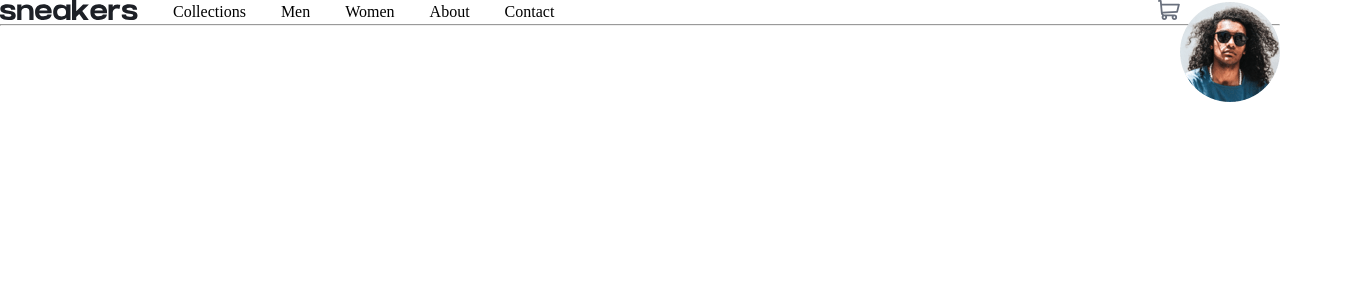
Repository: DevLaukey/ecommerce-design
Page: index.html
The author's editor kept a copy of each file at every save. The page is drawn from the files as they stood at one save, then again after the next save.
The browser window is 1280 px wide. The page is 1280 px wide, then 1360 px, so the pictures cover 1360 px, including what lies to the right of the window. The pictures show the whole page.

Above is the page before, as saved 2022-05-15 16:51:08.

### index.html
<!DOCTYPE html>
<html lang="en">
  <head>
    <meta charset="UTF-8" />
    <meta http-equiv="X-UA-Compatible" content="IE=edge" />
    <meta name="viewport" content="width=device-width, initial-scale=1.0" />
    <title>Document</title>
    <link rel="stylesheet" href="./css/style.css" type="text/css" />
  </head>
  <body>
    <div class="nav">
      <div class="logo">
        <svg width="138" height="20" xmlns="http://www.w3.org/2000/svg">
          <path
            d="M8.217 20c4.761 0 7.519-.753 7.519-4.606 0-3.4-3.38-4.172-6.66-4.682l-.56-.085-.279-.041-.35-.053c-2.7-.405-3.18-.788-3.18-1.471 0-.478.49-1.331 2.843-1.331 2.455 0 3.493.647 3.493 1.87v.134h4.281v-.133c0-2.389-1.35-5.238-7.774-5.238-5.952 0-7.201 2.584-7.201 4.752 0 3.097 2.763 4.086 7.223 4.675.21.028.433.054.659.081 1.669.197 3.172.42 3.172 1.585 0 1.01-1.615 1.222-3.298 1.222-2.797 0-3.784-.593-3.784-1.92v-.134H.002L0 14.926v.317c.008.79.118 1.913 1.057 2.862C2.303 19.362 4.712 20 8.217 20Zm13.21 0v-7.49c0-2.104.547-4.423 4.176-4.423 3.915 0 3.778 2.777 3.768 4.042V20h4.18v-7.768c0-2.264-.176-7.766-6.732-7.766-2.778 0-4.192.911-5.195 2.28h-.197V4.467H17.22V20h4.207Zm21.959 0c5.094 0 7.787-2.07 8.217-5.405H47.53c-.386 1.02-1.63 1.72-4.143 1.72-2.721 0-3.962-1.03-4.25-3.106h12.527c.24-2.13-.029-5.417-3.026-7.44v.005c-1.312-.915-3.056-1.465-5.251-1.465-5.24 0-8.336 2.772-8.336 7.845 0 5.17 3.02 7.846 8.336 7.846Zm4.099-9.574h-8.188c.486-1.574 1.764-2.431 4.089-2.431 2.994 0 3.755 1.267 4.099 2.431ZM70.499 20V4.457H66.29V6.74h-.176c-1.053-1.377-2.809-2.283-5.677-2.283-6.433 0-7.225 5.293-7.253 7.635v.137c0 2.092.732 7.771 7.241 7.771 2.914 0 4.684-.818 5.734-2.169h.131V20H70.5Zm-8.854-3.623c-3.996 0-4.447-3.032-4.447-4.148 0-1.21.426-4.148 4.455-4.148 3.631 0 4.374 2.044 4.374 4.148 0 2.35-.742 4.148-4.382 4.148ZM88.826 20l-6.529-9.045 6.588-6.488h-5.827l-6.836 6.756V0h-4.187v19.954h4.187V16.94l3.02-2.976L83.6 20h5.226Zm9.9 0c5.094 0 7.786-2.07 8.217-5.405h-4.074c-.387 1.02-1.63 1.72-4.143 1.72-2.721 0-3.962-1.03-4.25-3.106h12.527c.24-2.13-.029-5.417-3.026-7.44v.005c-1.312-.915-3.057-1.465-5.251-1.465-5.24 0-8.336 2.772-8.336 7.845 0 5.17 3.02 7.846 8.336 7.846Zm4.098-9.574h-8.187c.485-1.574 1.763-2.431 4.089-2.431 2.994 0 3.755 1.267 4.098 2.431ZM112.76 20v-6.97c0-2.103.931-4.542 4.05-4.542 1.33 0 2.393.236 2.785.346l.67-3.976c-.728-.16-1.626-.392-2.757-.392-2.665 0-3.622.794-4.486 2.282h-.262V4.466h-4.21V20h4.21Zm17.221 0c4.761 0 7.519-.753 7.519-4.606 0-3.4-3.38-4.172-6.66-4.682l-.56-.085-.279-.041-.349-.053c-2.701-.405-3.181-.788-3.181-1.471 0-.478.49-1.331 2.843-1.331 2.455 0 3.493.647 3.493 1.87v.134h4.282v-.133c0-2.389-1.35-5.238-7.775-5.238-5.952 0-7.201 2.584-7.201 4.752 0 3.097 2.763 4.086 7.224 4.675.21.028.432.054.658.081 1.669.197 3.172.42 3.172 1.585 0 1.01-1.615 1.222-3.298 1.222-2.796 0-3.784-.593-3.784-1.92v-.134h-4.319l-.001.301v.317c.008.79.117 1.913 1.056 2.862 1.246 1.257 3.655 1.895 7.16 1.895Z"
            fill="#1D2026"
            fill-rule="nonzero"
          />
        </svg>
      </div>
      <nav>
        <div class="nav-menu">
          <p class="options">Collections</p>
          <p class="options">Men</p>
          <p class="options">Women</p>
          <p class="options">About</p>
          <p class="options">Contact</p>
        </div>
        <div class="nav-icons">
          <div class="icon">
            <svg width="22" height="20" xmlns="http://www.w3.org/2000/svg">
              <path
                d="M20.925 3.641H3.863L3.61.816A.896.896 0 0 0 2.717 0H.897a.896.896 0 1 0 0 1.792h1l1.031 11.483c.073.828.52 1.726 1.291 2.336C2.83 17.385 4.099 20 6.359 20c1.875 0 3.197-1.87 2.554-3.642h4.905c-.642 1.77.677 3.642 2.555 3.642a2.72 2.72 0 0 0 2.717-2.717 2.72 2.72 0 0 0-2.717-2.717H6.365c-.681 0-1.274-.41-1.53-1.009l14.321-.842a.896.896 0 0 0 .817-.677l1.821-7.283a.897.897 0 0 0-.87-1.114ZM6.358 18.208a.926.926 0 0 1 0-1.85.926.926 0 0 1 0 1.85Zm10.015 0a.926.926 0 0 1 0-1.85.926.926 0 0 1 0 1.85Zm2.021-7.243-13.8.81-.57-6.341h15.753l-1.383 5.53Z"
                fill="#69707D"
                fill-rule="nonzero"
              />
            </svg>
          </div>
          <div class="avatar">
            <img src="./assets/image-avatar.png" alt="" />
          </div>
        </div>
      </nav>
    </div>
    <hr />
  </body>
</html>

### css/style.css
* {
  margin: 0;
  padding: 0;
  box-sizing: border-box;
}
.nav {
  display: flex;
  /* width: 100%; */
  align-items: center;
  /* margin:auto; */
}
nav{
    width: 100%;
    display: flex;
    align-items: center;
    justify-content:space-between;
}
.nav-menu {
  display: flex;
  margin-left: 35px;
  flex-direction: row;
}
.options{
    margin-right: 35px;
}
.nav-icons{
    display: flex;
    align-items: center;
}
.avatar{
    height: 20px;
}

After the next save:
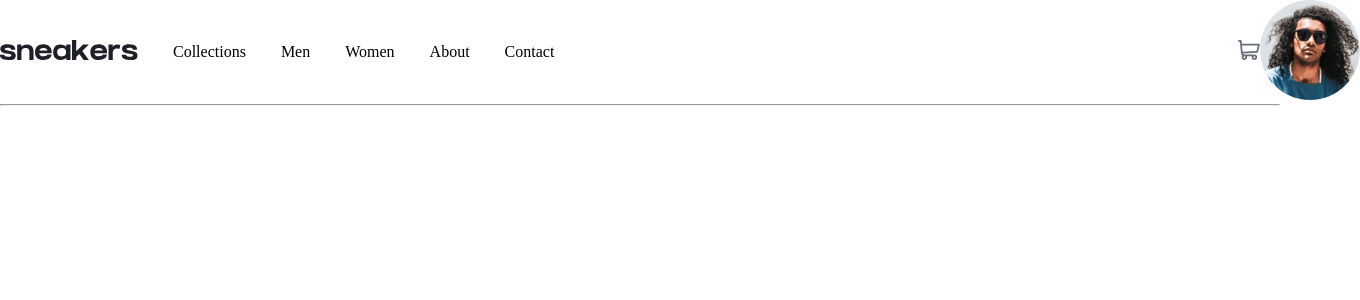
Saved 7 s later.
--- a/css/style.css
+++ b/css/style.css
@@ -28,5 +28,5 @@
     align-items: center;
 }
 .avatar{
-    height: 20px;
+    width: 20px;
 }
